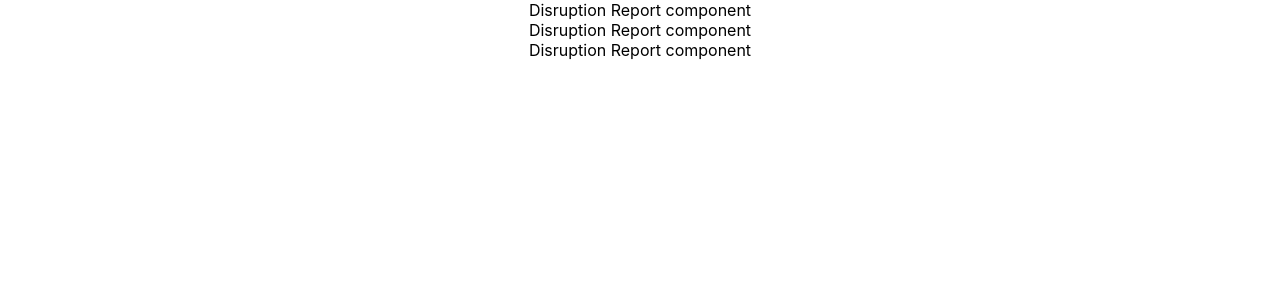
Repository: deepakkaithwas/AirBus
Page: /
An editor plug-in stored every save of this project. The page is shown before and after the next save, followed by the edit.
The browser window is 1280 px wide. The pictures show the whole page.
The project was rebuilt for these pictures with package versions that can differ from the ones it lists, and the page was loaded fresh each time.

Above is the page before, as saved 2019-12-13 18:28:53.

After the next save:
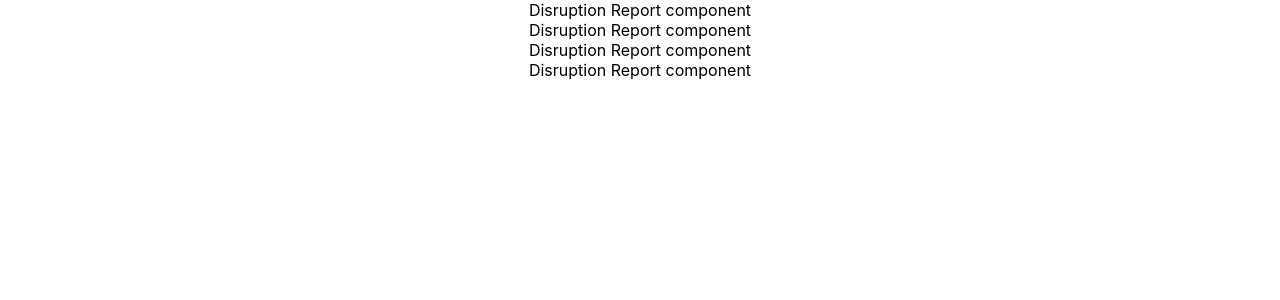
Saved 21 s later.
--- a/src/pages/ExecutiveSummary/index.js
+++ b/src/pages/ExecutiveSummary/index.js
@@ -2,6 +2,7 @@ import React from "react";
 import DisruptionRport from "../../components/DisruptionReport";
 import EventOccurence from "../../components/EventOccurence";
 import MaintenanceBudget from "../../components/MaintenanceBudget";
+import MaintenanceCost from "../../components/MaintenanceCost";
 
 const ExecutiveSummary = () => {
   return (
@@ -9,6 +10,7 @@ const ExecutiveSummary = () => {
       <DisruptionRport />
       <EventOccurence />
       <MaintenanceBudget />
+      <MaintenanceCost />
     </React.Fragment>
   );
 };
